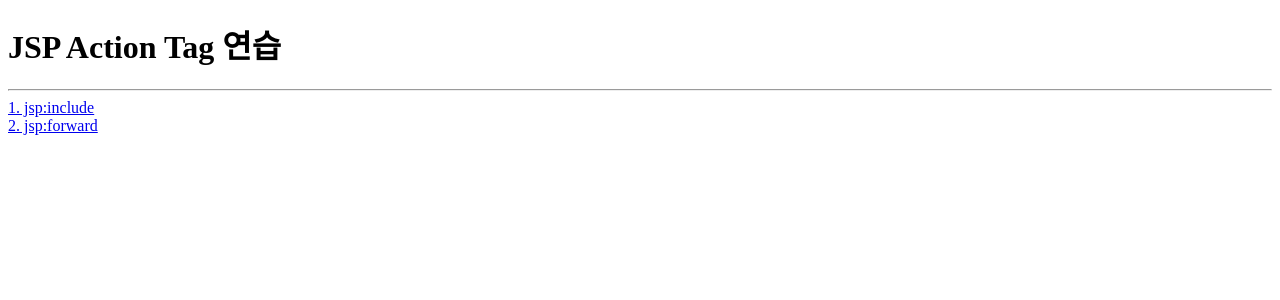
Repository: ajtwls1256/Web-workspace
Page: Day55-jspTag/WebContent/index.html
The author's editor kept a copy of each file at every save. The page is drawn from the files as they stood at one save, then again after a run of saves.
The browser window is 1280 px wide. The pictures show the whole page.

Above is the page before, as saved 2019-10-14 01:12:30.

After the next 3 saves:
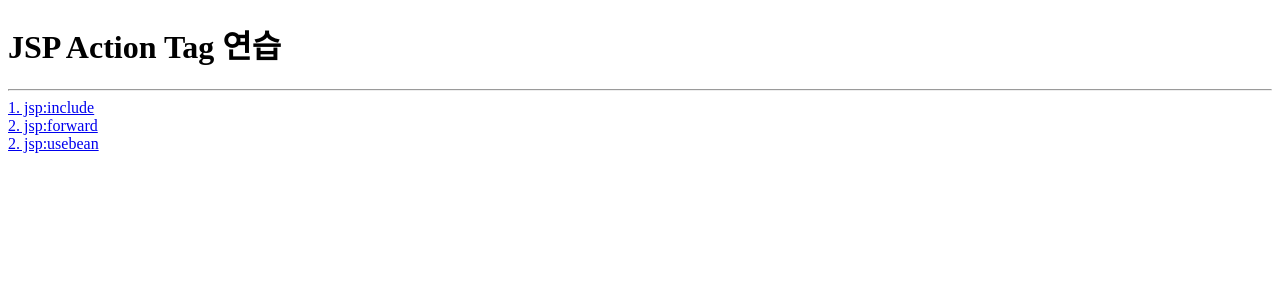
The 3 saves are shown as one change because 1 did not build or start and some came seconds apart.
The last was saved 50 s later.
--- a/Day55-jspTag/WebContent/index.html
+++ b/Day55-jspTag/WebContent/index.html
@@ -11,5 +11,7 @@
 	<a href="/jsp/actionTag/jsp_include.jsp">1. jsp:include</a><br>
 
 	<a href="/jsp/actionTag/jsp_forward.jsp">2. jsp:forward</a><br>
+
+	<a href="/jsp/actionTag/jsp_forward.jsp">2. jsp:usebean</a><br>
 </body>
 </html>
